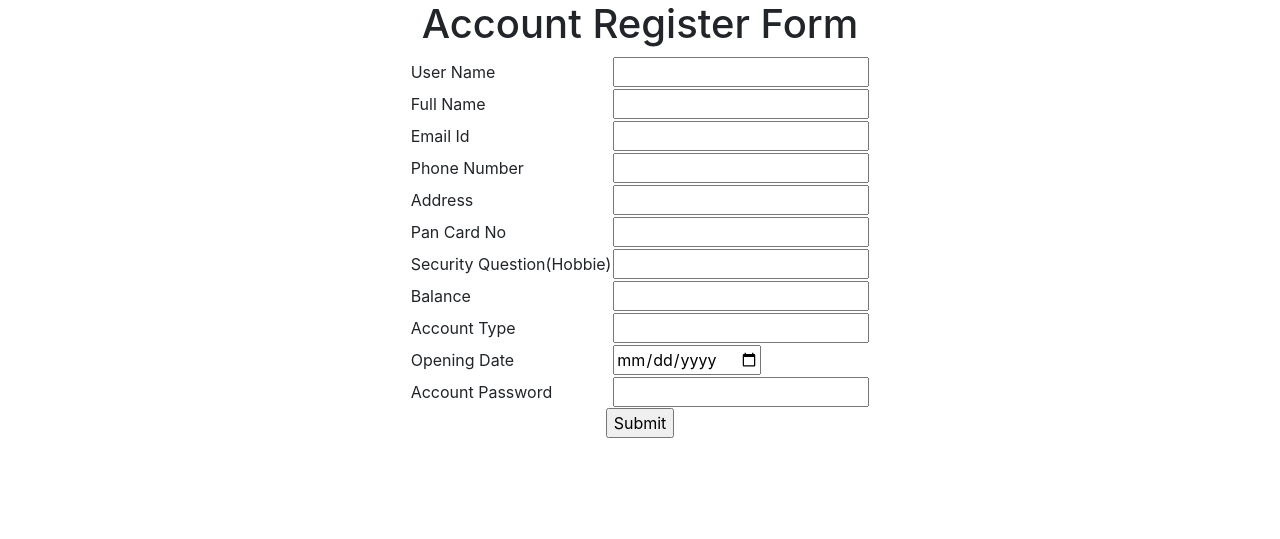
Repository: rukmini10/DXC
Page: DXC_MAVEN/Account/src/main/webapp/insert.html
The author's editor kept a copy of each file at every save. The page is drawn from the files as they stood at one save, then again after the next save.
The browser window is 1280 px wide. The pictures show the whole page.

Above is the page before, as saved 2022-05-03 17:36:11.

After the next save:
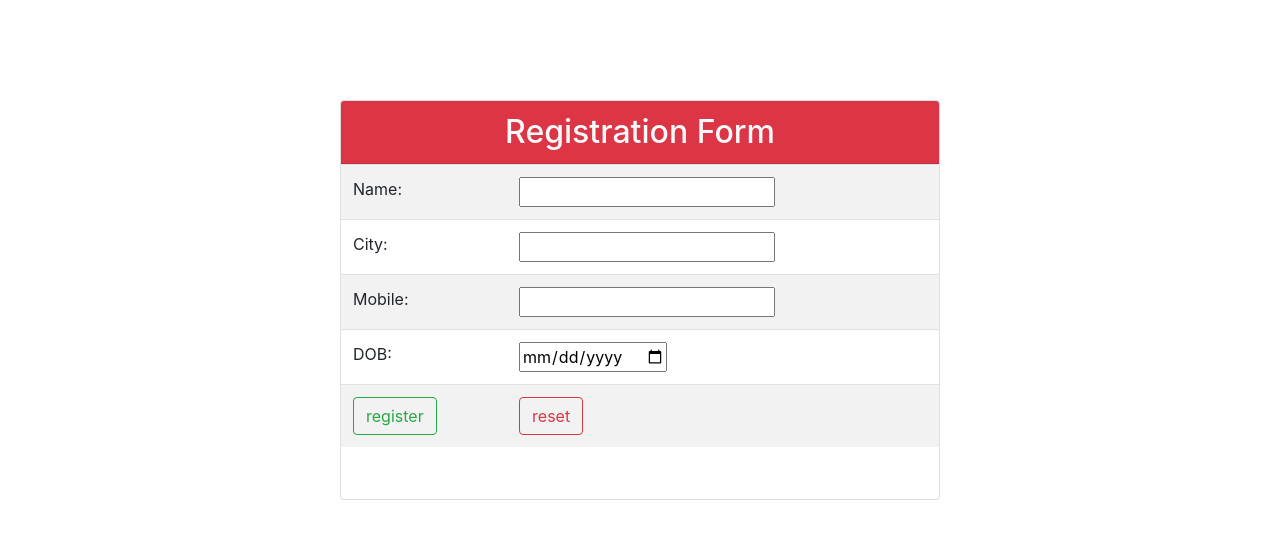
Saved 74 s later.
--- a/DXC_MAVEN/Account/src/main/webapp/insert.html
+++ b/DXC_MAVEN/Account/src/main/webapp/insert.html
@@ -19,60 +19,43 @@
 <script
 	src="https://cdn.jsdelivr.net/npm/bootstrap@4.6.1/dist/js/bootstrap.bundle.min.js"></script>
 <style>
+#div1 {
+	width: 600px;
+	height: 400px;
+	margin: auto;
+	margin-top: 100px;
+}
 </style>
 </head>
-<body>
-	<div align="center">
-		<h1>Account Register Form</h1>
-		<form action="./AccountHolderServlet" method="post">
-			<table style="with: 80%">
+<body class="container-fluid">
+	<div class="card" id="div1">
+		<h2 class="card-header text-center text-light bg-danger">Registration
+			Form</h2>
+		<form class="form" action="register" method="get">
+			<table class="table table-hover table-striped">
 				<tr>
-					<td>User Name</td>
-					<td><input type="text" name="UserName" /></td>
+					<td>Name:</td>
+					<td><input type="text" name="name"></td>
 				</tr>
 				<tr>
-					<td>Full Name</td>
-					<td><input type="text" name="Full_Name" /></td>
+					<td>City:</td>
+					<td><input type="text" name="city"></td>
 				</tr>
 				<tr>
-					<td>Email Id</td>
-					<td><input type="text" name="Email" /></td>
+					<td>Mobile:</td>
+					<td><input type="text" name="mobile"></td>
 				</tr>
 				<tr>
-					<td>Phone Number</td>
-					<td><input type="number" name="Phone_Number" /></td>
+					<td>DOB:</td>
+					<td><input type="date" name="dob"></td>
 				</tr>
 				<tr>
-					<td>Address</td>
-					<td><input type="text" name="address" /></td>
-				</tr>
-				<tr>
-					<td>Pan Card No</td>
-					<td><input type="text" name="Pancard_Number" /></td>
-				</tr>
-
-				<tr>
-					<td>Security Question(Hobbie)</td>
-					<td><input type="text" name="Security_Question" /></td>
-				</tr>
-				<tr>
-					<td>Balance</td>
-					<td><input type="number" name="Balance" /></td>
-				</tr>
-				<tr>
-					<td>Account Type</td>
-					<td><input type="text" name="Account_Type" /></td>
-				</tr>
-				<tr>
-					<td>Opening Date</td>
-					<td><input type="date" name="Opening_Date" /></td>
-				</tr>
-				<tr>
-					<td>Account Password</td>
-					<td><input type="password" name="Account_Password" /></td>
+					<td><input type="submit" value="register"
+						class="btn btn-outline-success"></td>
+					<td><input type="reset" value="reset"
+						class="btn btn-outline-danger"></td>
 				</tr>
 			</table>
-			<input type="submit" value="Submit" />
 		</form>
 	</div>
 </body>
